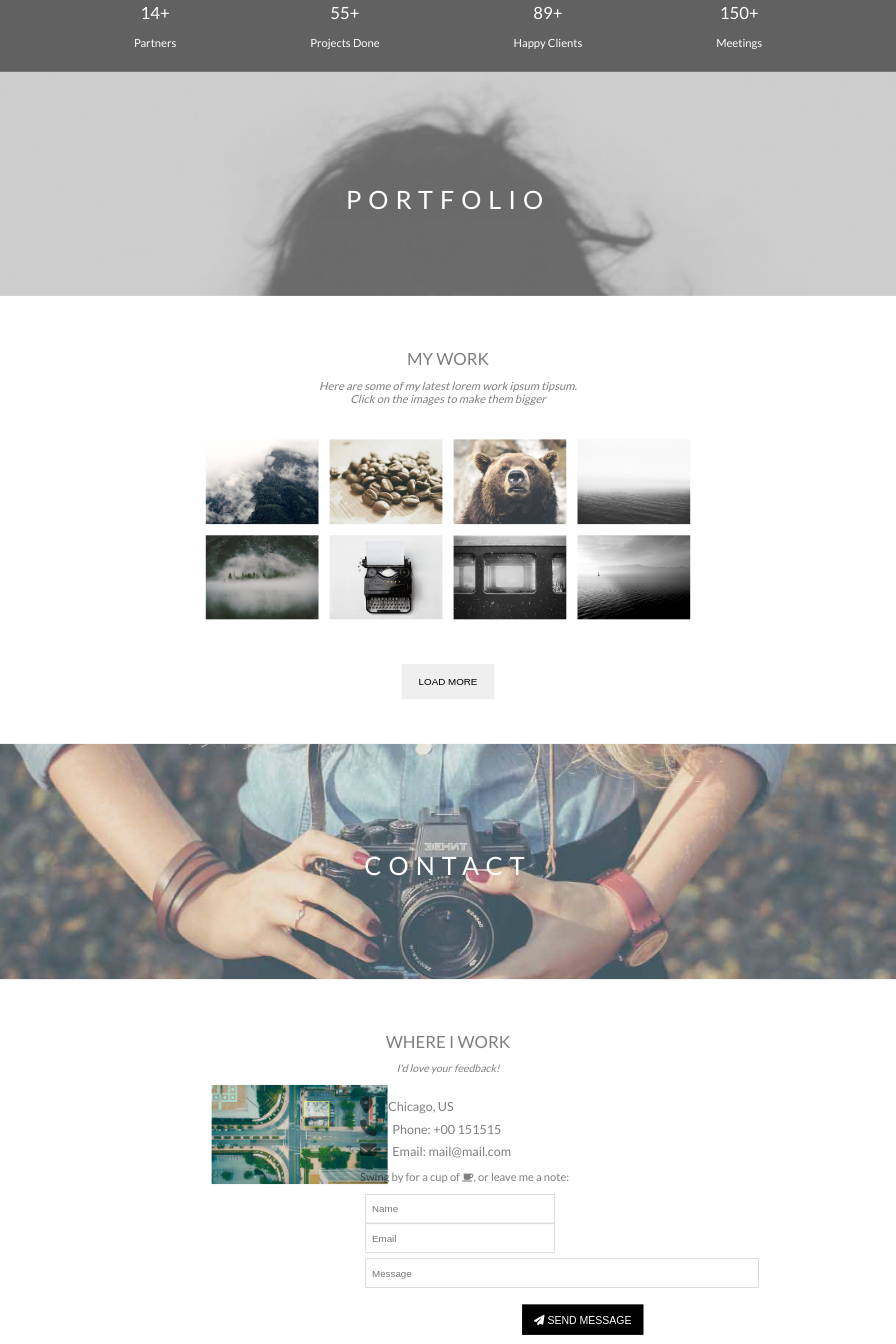
Repository: xd25vn/project-error
Page: index.html
An editor plug-in stored every save of this project. The page is shown before and after the next save, followed by the edit.
The browser window is 1280 px wide. The pictures show the part of the page from y = 1864 to 3784 px (the page is 3784 px tall), at 70% of full size.
The pointer rests on the first visible `#content #map-work .btn-mess`.

Above is the page before, as saved 2023-09-03 18:28:35.

### index.html
<html lang="en">
<head>
    <meta charset="UTF-8">
    <meta name="viewport" content="width=device-width, initial-scale=1.0">
    <title>TEMPLATE PARALLAX</title>
    <link rel="stylesheet" href="./assets/base.css">
    <link rel="stylesheet" href="./assets/main.css">
    <link rel="stylesheet" href="https://fonts.googleapis.com/css?family=Lato">
    <link rel="stylesheet" href="./assets/font/fontawesome-free-6.4.0-web/fontawesome-free-6.4.0-web/css/all.min.css">
</head>
<body>
    <!--! HEADER -->
    <header>
        <!--? NAV -->
        <ul id="nav">
            <li><a href="#">Home</a></li>
            <li><a href="#"><i class="fa-solid fa-user"></i>About</a></li>
            <li><a href="#"><i class="fa fa-th"></i>Portfolio</a></li>
            <li><a href="#"><i class="fa-solid fa-envelope"></i>contact</a></li>
        </ul>
        <div class="nav-icon-search">
            <i class="fa-solid fa-magnifying-glass"></i>
        </div>
        <!--? NAV -->
    </header>
    <!--! HEADER -->
    <!--& SIDEBAR -->
    <div id="sidebar">
        <div class="sidebar-img-one"></div>
        <div class="sidebar-text-one">
            <span>MY WEBSITE LOGO</span>
        </div>
    </div>
    <!-- & SIDEBAR -->
    <div id="content">
        <div id="about">
            <h3 class="heading-section">ABOUT ME</h3>
            <p class="sub-heading-section">I love photography</p>
            <p class="about-section">We have created a fictional "personal" website/blog, and our fictional character is a hobby photographer. Lorem ipsum dolor sit amet, consectetur adipiscing elit, sed do eiusmod tempor incididunt ut labore et dolore magna aliqua. Ut enim ad minim veniam, quis nostrud exercitation ullamco laboris nisi ut aliquip ex ea commodo consequat. Duis aute irure dolor in reprehenderit in voluptate velit esse cillum dolore eu fugiat nulla pariatur. Excepteur sint occaecat cupidatat non proident, sunt in culpa qui officia deserunt mollit anim id est laborum consectetur adipiscing elit, sed do eiusmod tempor incididunt ut labore et dolore magna aliqua. Ut enim ad minim veniam, quis nostrud exercitation ullamco laboris nisi ut aliquip ex ea commodo consequat.</p>

            <div id="per-dec-one">
                <div class="per-img-one">
                    <div class="heading-per-one">
                        <b><i class="fa fa-user w3-margin-right"></i>My Name</b>
                    </div>
                    <br>
                    <div class="per-img">
                        <img src="./assets/image/per-dec-img/avatar_hat.jpg" alt="AVATER HAT">
                    </div>
                </div>

                <div class="per-text-one">
                    <p>Welcome to my website. I am lorem ipsum consectetur adipiscing elit, sed do eiusmod tempor incididunt ut labore et dolore magna aliqua. Ut enim ad minim veniam, quis nostrud exercitation ullamco laboris nisi ut aliquip ex ea commodo consequat. Duis aute irure dolor in reprehenderit in voluptate velit esse cillum dolore eu fugiat nulla pariatur. Excepteur sint occaecat cupidatat non proident, sunt in culpa qui officia deserunt mollit anim id est laborum consectetur adipiscing elit, sed do eiusmod tempor incididunt ut labore et dolore magna aliqua. Ut enim ad minim veniam, quis nostrud exercitation ullamco laboris nisi ut aliquip ex ea commodo consequat.</p>
                </div>
            </div>

            <div class="rate">
                <div class="rate-heading-one">
                        <p>Im really good at:</p>
                </div>
                <div class="wrapper-rate">
                    <div class="rate-section">
                        <div class="rate-section-text-one">
                            <p><i class="fa-solid fa-camera"></i>Photography</p>
                        </div>
                        <div class="rate-section-bg">
                            <div class="rate-section-sub-bg-one">
                                <p>90%</p>
                            </div>
                        </div>
                    </div>

                    <div class="rate-section">
                        <div class="rate-section-text-one">
                            <p><i class="fa-sharp fa-solid fa-desktop"></i>Web Design</p>
                        </div>
                        <div class="rate-section-bg">
                            <div class="rate-section-sub-bg-two">
                                <p>85%</p>
                            </div>
                        </div>
                    </div>

                    <div class="rate-section">
                        <div class="rate-section-text-one">
                            <p><i class="fa-solid fa-image"></i>Photoshop</p>
                        </div>
                        <div class="rate-section-bg">
                            <div class="rate-section-sub-bg-three">
                                <p>75%</p>
                            </div>
                        </div>
                    </div>
                </div>
            </div>
        </div>

        <div class="sum-number">
            <div class="value-section">
                <p class="heading-value">14+</p><br>
                <p>Partners</p>
            </div>

            <div class="value-section">
                <p class="heading-value">55+</p><br>
                <p>Projects Done</p>
            </div>

            <div class="value-section">
                <p class="heading-value">89+</p><br>
                <p>Happy Clients</p>
            </div>

            <div class="value-section">
                <p class="heading-value">150+</p><br>
                <p>Meetings</p>
            </div>
        </div>

        <div class="portfolio">
            <div class="heading-text">
                <p>PORTFOLIO</p>
            </div>
        </div>

        <div id="my-work">
            <div class="heading-work-one">
                <h3>MY WORK</h3>
            </div>

            <div class="sub-heading-work-one">
                <p>Here are some of my latest lorem work ipsum tipsum.<br>
                    Click on the images to make them bigger</p>
            </div>
            <br>
            <div class="work-list-img">
                <div class="work-list-img-one">
                    <div class="work-img-com">
                        <img src="./assets/image/work-list-img/p1.jpg" style="width: 100%;" alt="NONE">
                    </div>

                    <div class="work-img-com">
                        <img src="./assets/image/work-list-img/p2.jpg" style="width: 100%;" alt="NONE">
                    </div>

                    <div class="work-img-com">
                        <img src="./assets/image/work-list-img/p3.jpg" style="width: 100%;" alt="NONE">
                    </div>

                    <div class="work-img-com">
                        <img src="./assets/image/work-list-img/p4.jpg" style="width: 100%;" alt="NONE">
                    </div>
                </div>
                <div class="work-list-img-two">
                    <div class="work-img-com">
                        <img src="./assets/image/work-list-img/p5.jpg" style="width: 100%;" alt="NONE">
                    </div>

                    <div class="work-img-com">
                        <img src="./assets/image/work-list-img/p6.jpg" style="width: 100%;" alt="NONE">
                    </div>

                    <div class="work-img-com">
                        <img src="./assets/image/work-list-img/p7.jpg" style="width: 100%;" alt="NONE">
                    </div>

                    <div class="work-img-com">
                        <img src="./assets/image/work-list-img/p8.jpg" style="width: 100%;" alt="NONE">
                    </div>
                </div>
                <div class="work-btn">
                    <button>LOAD MORE</button>
                </div>
            </div>
        </div>

        <div id="contact">
            <p>CONTACT</p>
        </div>

        <div id="map-work">
            <div class="heading-map">
                <h3>WHERE I WORK</h3>
            </div>
            <div class="sub-heading-map">
                <p>I'd love your feedback!</p>
            </div>

            <div class="inf-map">
                <div class="map-img">
                    <img src="./assets/image/map.jpg" alt="MAP">
                </div>

                <div class="information-control">
                    <div class="inf-hotline">
                        <p><i class="fa-sharp fa-solid fa-location-dot"></i>Chicago, US</p>
                        <p><i class="fa-solid fa-phone phone-inf"></i>Phone: +00 151515</p>
                        <p><i class="fa-solid fa-envelope"></i>Email: mail@mail.com</p>
                    </div>
                    <p class="inf-note">Swing by for a cup of <i class="fa fa-coffee"></i>, or leave me a note:</p>
                    <div class="form-input">
                        <div class="form-control-50">
                            <div class="form-control">
                                <input type="text" placeholder="Name">
                            </div>

                            <div class="form-control">
                                <input type="email" placeholder="Email">
                            </div>
                        </div>

                        <div class="form-control-100">
                            <input type="text" placeholder="Message">
                        </div>
                    </div>
                </div>
            </div>
            <button class="btn-mess"><i class="fa fa-paper-plane"></i>SEND MESSAGE</button>
        </div>
    </div>

    <footer id="footer">

    </footer>
</body>
</html>

### assets/base.css
* {
    margin: 0;
    padding: 0;
    box-sizing: border-box;
}
body {
    background-color: #fff;
    font-family: "Lato", sans-serif;
}

### assets/main.css
header {
    height: 43px;
    width: 100%;
    background-color: #fff;
    box-shadow: 0 0 10px rgba(0, 0, 0, 0.6);
    position: fixed;
    z-index: 1;
}

header #nav {
    display: flex;
    list-style: none;
    align-items: center;
    position: relative;
}

header #nav li {
    padding: 14px 16px;
    display: block;
}

header #nav li i {
    padding-right: 4px;
}

header
#nav
li a {
    text-decoration: none;
    color: #000;
    font-size: 15px;
    text-transform: uppercase;
}

header
#nav
li:hover {
    background: #ccc;
    cursor: pointer;
}

header
.nav-icon-search
i {
    position: absolute;
    top: 0;
    right: 0;
    padding: 14px 16px;
    text-align: center;
}

header .nav-icon-search:hover i {
    background-color: #f44336 !important;
    color: #fff;
    display: block;
    cursor: pointer;
}

#sidebar .sidebar-img-one {
    background: url(../assets/image/sidebar1.jpg) center / cover no-repeat;
    padding-top: calc(27% - 10.18px);
    opacity: 0.7;
    position: relative;
}

#sidebar .sidebar-text-one {
    background-color: #000 !important;
    position: absolute;
    padding: 12px 24px;
    left: 50%;
    transform: translateX(-50%);
    top: 23%;
    opacity: 0.8;
}

#sidebar .sidebar-text-one span {
    color: #fff;
    font-size: 24px;
    letter-spacing: 10;
}

#content #about {
    margin: 0px 270px;
    padding: 64px 16px;
}

#content #about .heading-section {
    margin: 10px 0px;
    font-size: 24px;
    font-weight: 400;
    text-align: center;
    opacity: 0.5;
}

#content #about .sub-heading-section {
    margin: 15px 0px;
    font-style: italic;
    text-align: center;
    opacity: 0.5;
}

#content #about .about-section {
    margin: 15px 0px;
    line-height: 1.8;
    opacity: 0.5;
}

#content #per-dec-one {
    display: flex;
}

#content #per-dec-one .per-img-one {
    padding: 12px 24px;
    text-align: center;
}

#content #per-dec-one .per-img-one .heading-per-one {
    margin: 15px 0px;
    font-size: 15px;
    opacity: 0.5;
}

#content #per-dec-one .per-img-one .heading-per-one i {
    padding-right: 8px;
}

#content #per-dec-one .per-img {
    width: 100%;
}

#content #per-dec-one .per-img img {
    height:  284px;
    width: 426px;
    opacity: 0.5;
}

#content #per-dec-one .per-img-one .per-img img:hover {
    opacity: 1;
}

#content #per-dec-one .per-text-one {
    margin: 15px 0;
    padding: 12px 24px;
    opacity: 0.5;
}

#content #per-dec-one .per-text-one p {
    line-height: 1.5;
}

#content .rate .rate-heading-one {
    margin: 18px 0px;
    padding: 16px 0px;
    text-align: center;
}

#content .rate .rate-heading-one p {
    font-size: 19px;
    opacity: 0.5;
}

.rate .rate-section .rate-section-text-one {
    margin: 15px 0;
}

.rate .rate-section .rate-section-text-one p {
    letter-spacing: 10px;
    font-size: 15px;
    opacity: 0.5;
}

.rate .rate-section .rate-section-bg {
    background-color: #f1f1f1;
    width: 100%;
}

.rate .rate-section .rate-section-bg .rate-section-sub-bg-one {
    background-color: #616161;
    width: 90%;
    padding: 6px 8px;
    text-align: center;
}

.rate .rate-section .rate-section-bg .rate-section-sub-bg-two {
    background-color: #616161;
    width: 85%;
    padding: 6px 8px;
    text-align: center;
}

.rate .rate-section .rate-section-bg .rate-section-sub-bg-three {
    background-color: #616161;
    width: 75%;
    padding: 6px 8px;
    text-align: center;
}

.rate .rate-section .rate-section-bg p {
    color: #fff;
}

#content .sum-number {
    display: flex;
    justify-content: space-evenly;
    background-color: #616161;
    padding: 16px 0px;
    text-align: center;
}

#content .sum-number .value-section {
    color: #fff;
    margin: 16px 0px;
}

#content .sum-number .value-section .heading-value {
    font-size: 24px;
}

#content .portfolio {
    background: url(../assets/image/parallax2.jpg) center / cover no-repeat;
    padding-top: 25%;
    width: 100%;
    opacity: 0.8;
    position: relative;
}

#content .portfolio .heading-text {
    position: absolute;
    top: 50%;
    left: 50%;
    transform: translateY(-50%);
    transform: translateX(-50%);
}

#content .portfolio .heading-text p {
    color: #fff;
    font-size: 36px;
    letter-spacing: 10px;
}

#content #my-work {
    margin: 0px 270px;
    padding: 64px 16px;
}

#content #my-work .heading-work-one {
    margin: 10px 0px;
    text-align: center;
}

#content #my-work .heading-work-one h3 {
    font-size: 24px;
    font-weight: 400;
    opacity: 0.5;
}

#content #my-work .sub-heading-work-one {
    text-align: center;
    margin: 15px 0px;
}

#content #my-work .sub-heading-work-one p {
    font-style: italic;
    opacity: 0.5;
}

#content #my-work .work-list-img .work-img-com {
    padding: 0px 8px;
    width: 25%;
}

#content #my-work .work-list-img .work-img-com:hover img {
    opacity: 0.7;
}

#content #my-work .work-list-img .work-list-img-one {
    display: inline-flex;
    margin-top: 15px;
}

#content #my-work .work-list-img .work-list-img-two {
    display: inline-flex;
    margin-top: 16px;
}

#content #my-work .work-btn {
    margin-top: 64px;
    text-align: center;
}

#content #my-work .work-btn button:hover {
    background-color: #ccc;
}

#content #my-work .work-btn button {
    padding: 17px 24px;
    border: none;
    cursor: pointer;
    font-size: 14px;
}

#content #contact {
    background: url(../assets/image/contact.jpg) center / cover no-repeat;
    width: 100%;
    padding-top: calc(27% - 10.18px);
    opacity: 0.8;
    position: relative;
}

#content #contact p {
    position: absolute;
    left: 50%;
    transform: translateX(-50%);
    top: 45%;
    letter-spacing: 10;
    font-size: 36px;
    color: white;
}

#content #map-work {
    margin: 0px 270px;
    padding: 64px 16px;
}

#content #map-work .heading-map {
    margin: 10px 0px;
    text-align: center;
}

#content #map-work .heading-map h3 {
    font-size: 24px;
    opacity: 0.5;
    font-weight: 400;
}

#content #map-work .sub-heading-map {
    margin: 15px 0px;
    text-align: center;
}

#content #map-work .sub-heading-map p {
    font-size: 15px;
    font-style: italic;
    opacity: 0.5;
}

#content #map-work .inf-map {
    display: flex;
}


#content #map-work .inf-map .map-img {
    width: 30%;
}

#content #map-work .inf-map .map-img img {
    width: 284px;
    padding: 0px 16px;
    border-radius: 4px;
}

#content #map-work .inf-map .information-control {
    margin: 16px 0px;
    padding: 0px 16px;
    width: 70%;
}

#content #map-work .inf-map .inf-hotline i {
    margin-right: 22px;
    font-size: 24px;
}

#content #map-work .inf-map .inf-hotline p {
    font-size: 18px;
    opacity: 0.5;
}

#content #map-work .inf-map .inf-hotline .phone-inf {
    margin-top: 8px;
    margin-bottom: 8px;
}

#content #map-work .inf-map .inf-hotline {
    margin-bottom: 16px;
}

#content #map-work .inf-map .information-control .inf-note {
    margin: 15px 0px;
}

#content #map-work .inf-map .information-control .inf-note {
    opacity: 0.5;
}

#content #map-work .inf-map .information-control .inf-note i {
    font-size: 13px;
}

#content #map-work .inf-map .information-control .form-input {
    display: flex;
    flex-wrap: wrap;
}

#content #map-work .inf-map .information-control .form-input .form-control {
    padding: 0px 8px;
    display: inline-flex;
}

#content #map-work .inf-map .information-control .form-input .form-control input {
    padding: 12px 8px;
    border: 1px solid #ccc;
    width: 271px;
    font-size: 14px;
}

#content #map-work .inf-map .information-control .form-input .form-control-100 {
    margin-top: 8px;
    padding: 0px 8px;
}

#content #map-work .inf-map .information-control .form-input .form-control-100 input {
    padding: 12px 8px;
    border: 1px solid #ccc;
    width: 562px;
    font-size: 14px;
}


#content #map-work .btn-mess {
    float: right;
    margin-right: 75px;
    margin-top: 8px;
    padding: 12px 16px;
    border: 1px solid #000;
    background-color: #000;
    color: #fff;
    font-size: 15px;
}

#content #map-work .btn-mess i {
    padding-right: 4px;
}

Loaded but not shown: assets/font/fontawesome-free-6.4.0-web/fontawesome-free-6.4.0-web/css/all.min.css (library)

After the next save:
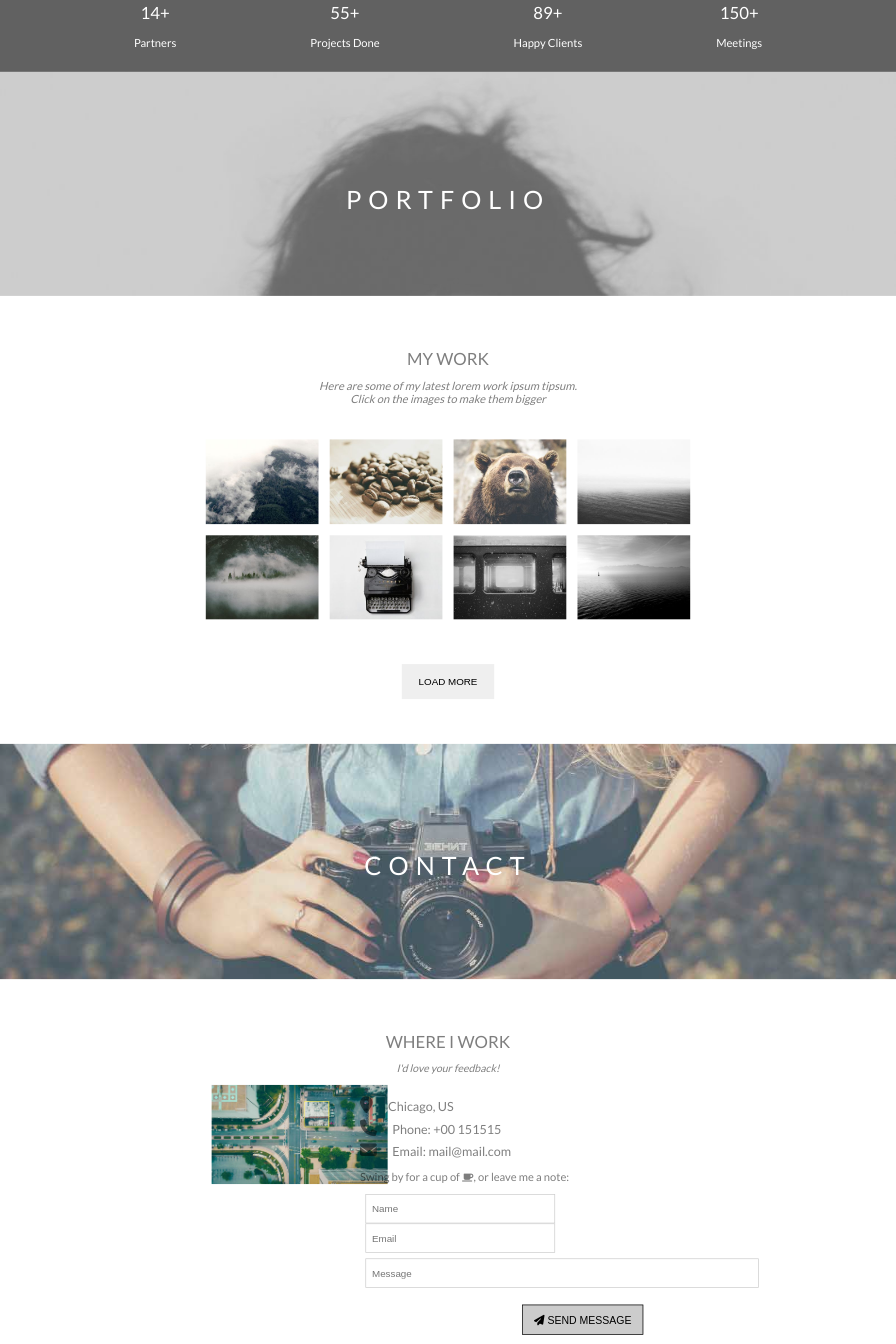
Saved 41 s later.
--- a/assets/main.css
+++ b/assets/main.css
@@ -437,6 +437,11 @@ header .nav-icon-search:hover i {
     font-size: 15px;
 }
 
+#content #map-work .btn-mess:hover {
+    background-color: #ccc;
+    color: #000;
+}
+
 #content #map-work .btn-mess i {
     padding-right: 4px;
 }
